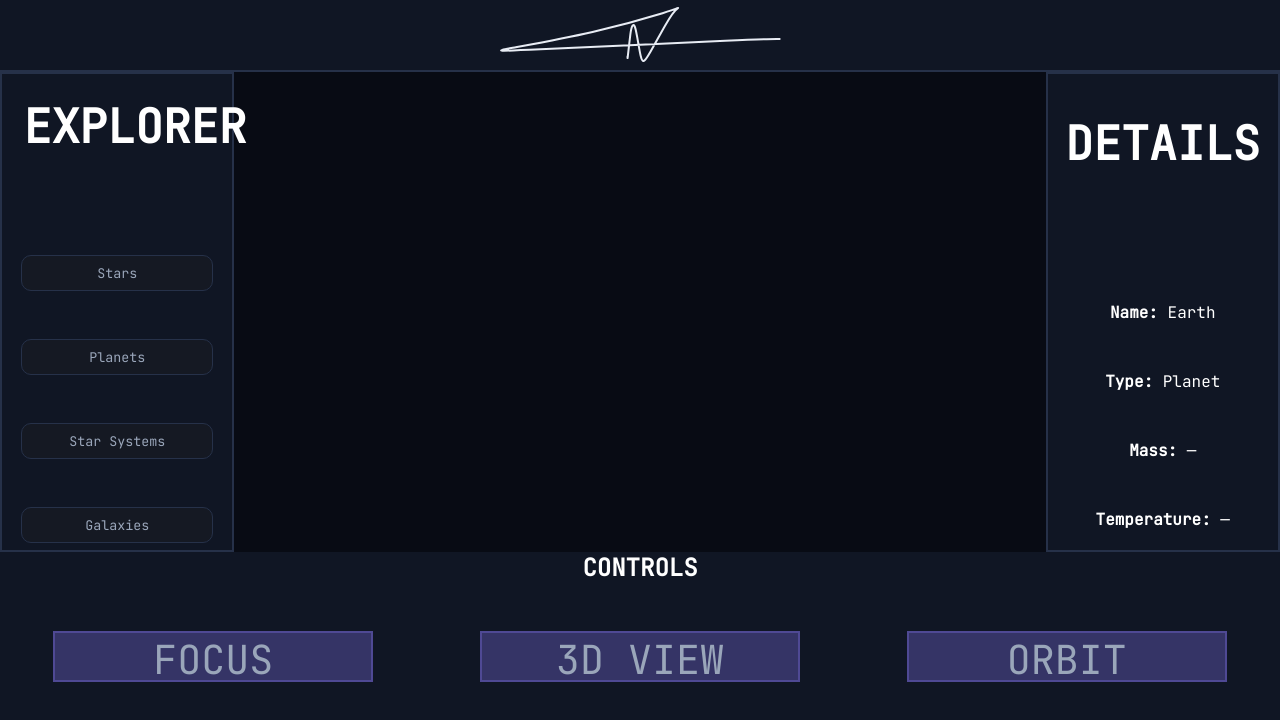
Repository: nico-madruga/Universe
Page: front-end/html/index.html
These files come from the project's save history. The page is drawn as it stood at one moment and after the next save; the edit follows.
The browser window is 1280 px wide. The pictures show the whole page.

Above is the page before, as saved 2026-09-29 17:52:59.

After the next save:
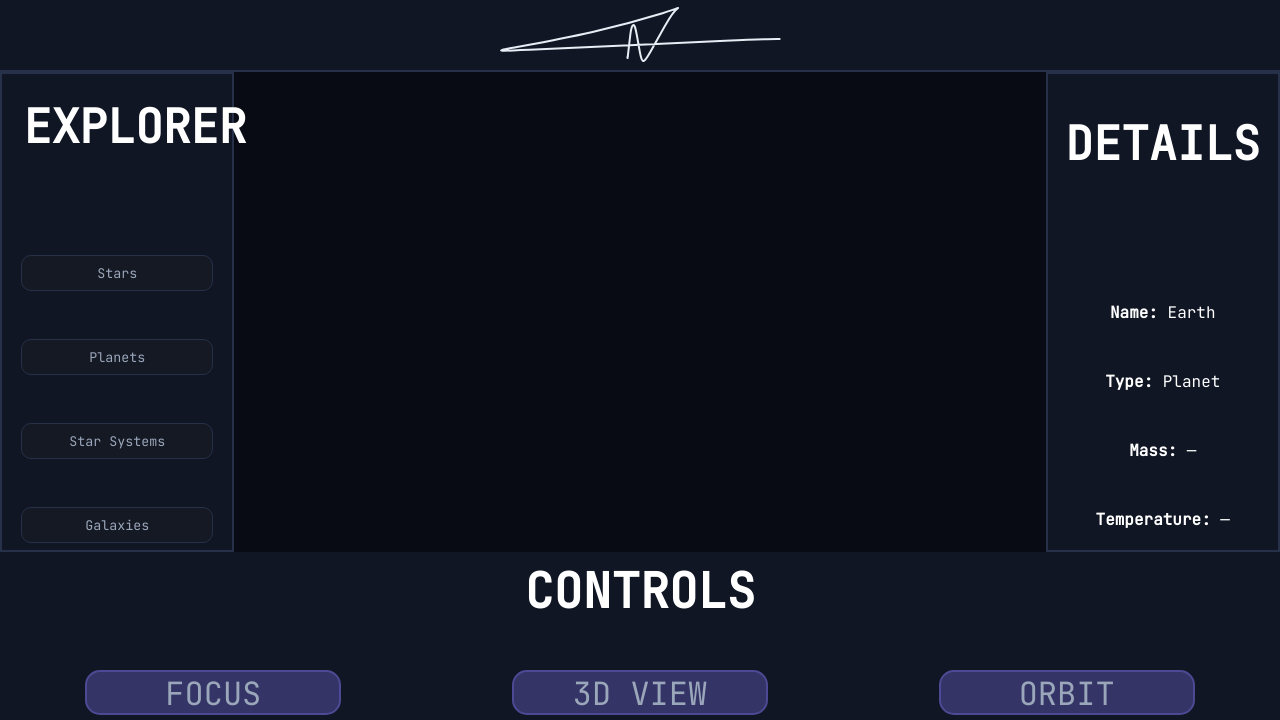
Saved 26 s later.
--- a/front-end/css/style.css
+++ b/front-end/css/style.css
@@ -141,6 +141,12 @@ body
     flex-direction: column;
     gap: 3rem;
     text-align: center;
+    padding-top: 1vh;
+}
+
+.controls h2
+{
+    font-size: 3rem;
 }
 
 .control-buttons
@@ -154,10 +160,11 @@ body
     background-color: var(--control-button-color);
     border-style: solid;
     color: var(--secondary-text-color);
-    font-size: 2.5rem;
+    font-size: 2rem;
     border-color: var(--control-button-border);
-    width: 25vw;
-    height: 4vw;
+    width: 20vw;
+    height: 3.5vw;
+    border-radius: 15px;
 }
 
 .control-button:hover
@@ -166,3 +173,8 @@ body
     border-color: var(--control-border-hover);
     color: var(--button-color-hovered);
 }
+
+#pop-up
+{
+    display: none;
+}
